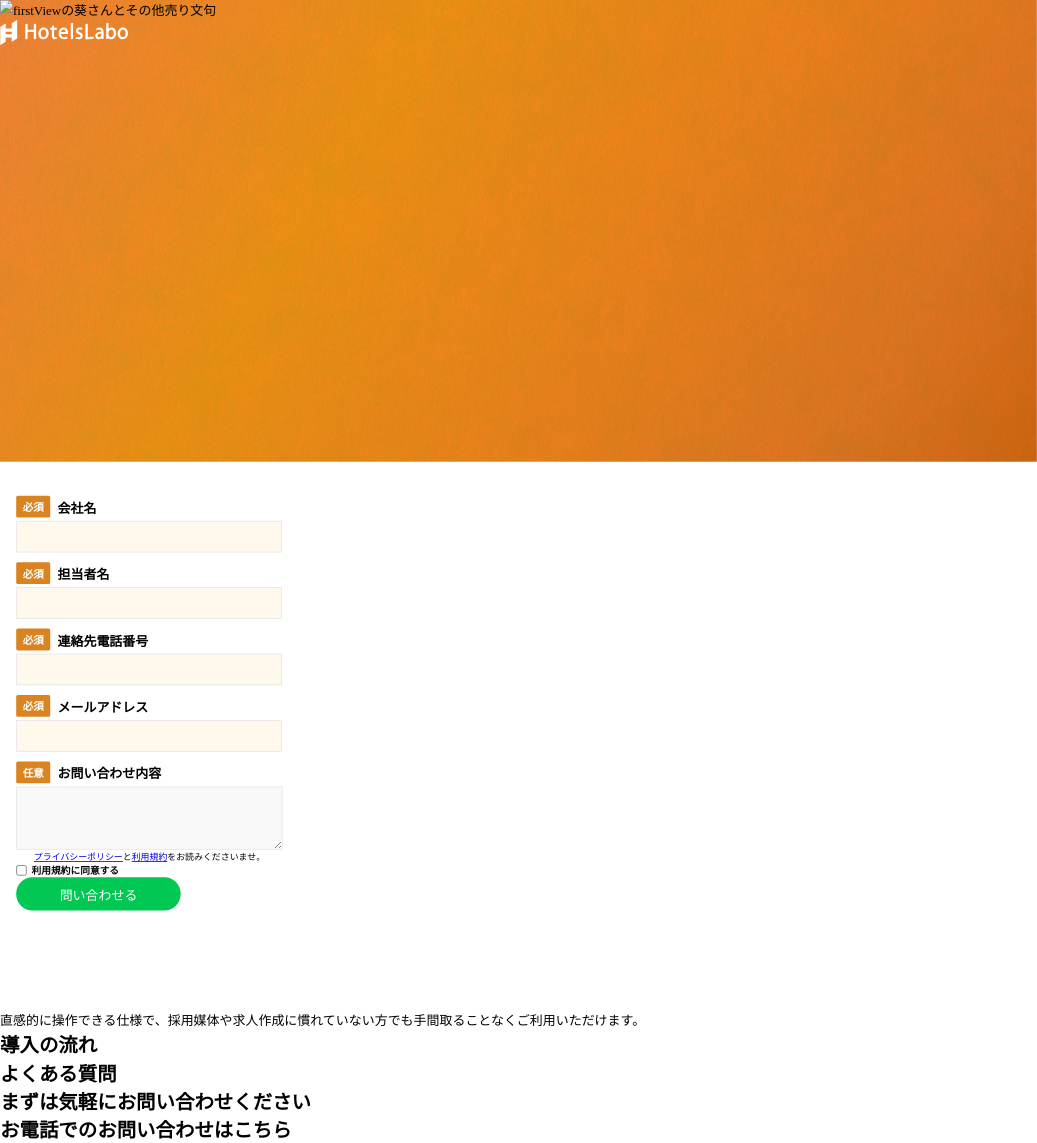
Repository: FujieRyou/to_b_lp
Page: index.html
An editor plug-in stored every save of this project. The page is shown before and after the next save, followed by the edit.
The browser window is 1280 px wide. The pictures show the whole page, at 81% of full size.

Above is the page before, as saved 2024-02-25 01:56:20.
Not found: index.js

After the next save:
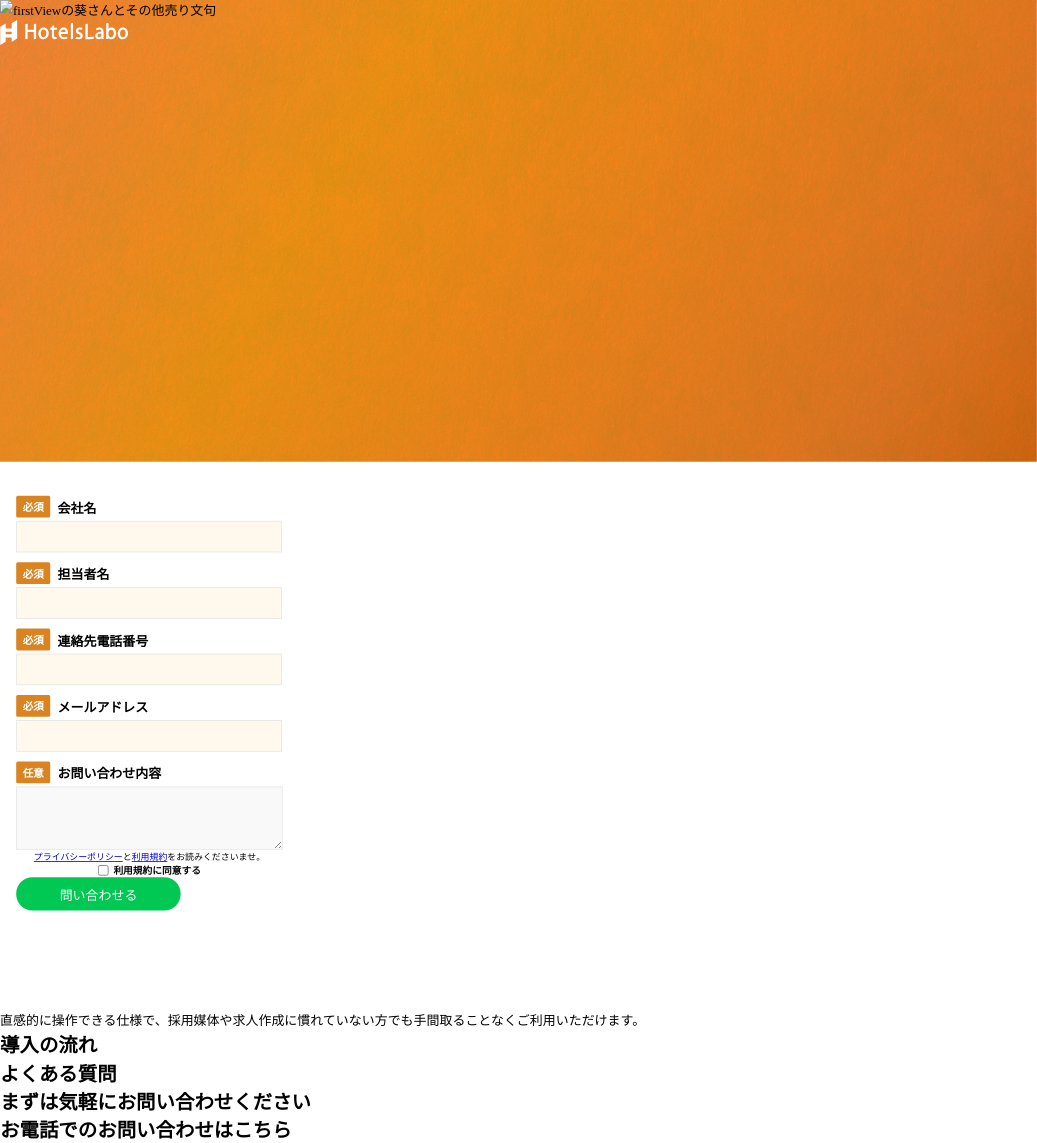
Saved 6 s later.
--- a/style.css
+++ b/style.css
@@ -73,7 +73,7 @@
 .consent{
     display: flex;
     align-items: center;
-    justify-content: baseline;
+    justify-content: center;
 }
 
 .consent > label{
